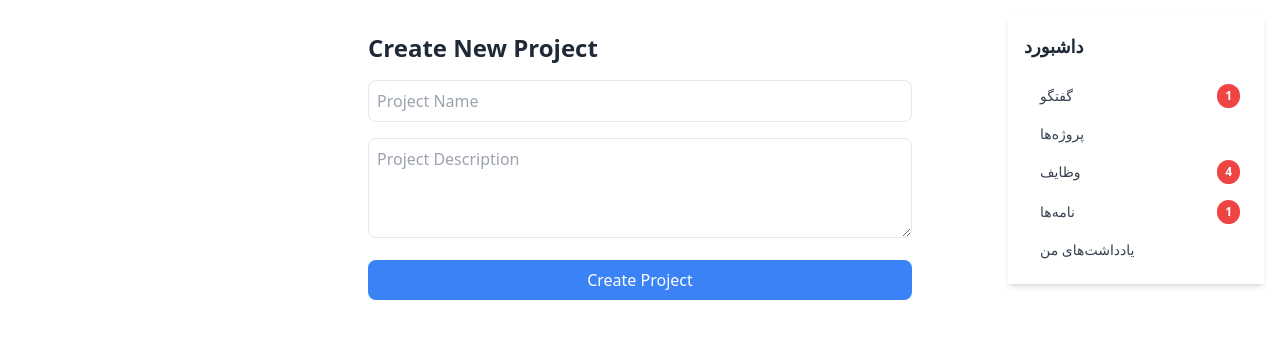
Repository: spnovaa/work-hive
Page: /projects/new (app in front_end/)
These files come from the project's save history. The page is drawn as it stood at one moment and after the next save; the edit follows.
The browser window is 1280 px wide. The pictures show the whole page.
The page's requests for data from a server got no answer. The project was rebuilt for these pictures with package versions that can differ from the ones it lists, and the page was loaded fresh each time. No one was signed in, and anything a server would have sent is missing. Also part of the build but not shown: front_end/src/api/auth.js, front_end/src/pages/login.jsx, front_end/src/pages/registration.jsx, front_end/src/components/profile/dropdown.jsx, front_end/src/components/profile/profileSection.jsx, front_end/src/pages/home.jsx, front_end/src/components/project/projectCardComponent.jsx, front_end/src/components/loadingSpinner.jsx and 2 more.

Above is the page before, as saved 2025-01-16 22:22:44.

### front_end/src/index.js
import React from 'react';
import ReactDOM from 'react-dom/client'; // Import from 'react-dom/client' for React 18+
import './styles/globals.css';
import App from './App';

// Create a root element for rendering the React application
const root = ReactDOM.createRoot(document.getElementById('root'));

// Use the new `render` method for React 18+
root.render(
  <React.StrictMode>
    <App />
  </React.StrictMode>
);

### front_end/src/App.jsx
import React from 'react';
import { BrowserRouter as Router, Routes, Route } from 'react-router-dom';
import Login from './pages/login';
import Registration from './pages/registration';
import Home from './pages/home';
import ProjectsDashboard from './components/project/projectDashboard.jsx';
import ProjectDetails from './components/project/projectDetails.jsx';
import NewProject from './components/project/newProject.jsx';
import DashboardSidebar from './components/dashboardSidebar';
// Updated App.jsx
function App() {
  return (
    <Router>
      <Routes>
        {/* Public Routes (No Sidebar) */}
        <Route path="/login" element={<Login />} />
        <Route path="/register" element={<Registration />} />

        {/* Routes with Sidebar */}
        <Route
          path="*"
          element={
            <div className="flex h-screen">
              <div className="absolute top-4 right-4 w-64 bg-gray-100">
                <DashboardSidebar />
              </div>
              <div className="flex-grow p-4">
                <Routes>
                  <Route path="/" element={<Home />} />
                  <Route path="/projects" element={<ProjectsDashboard />} />
                  <Route path="/projects/new" element={<NewProject />} />
                  <Route path="/projects/:projectId" element={<ProjectDetails />} />
                </Routes>
              </div>
            </div>
          }
        />
      </Routes>
    </Router>
  );
}
export default App;

### front_end/src/components/project/newProject.jsx
import React, { useState } from 'react';
import { useNavigate } from 'react-router-dom';

function NewProject() {
    const navigate = useNavigate();
    const [name, setName] = useState('');
    const [description, setDescription] = useState('');
    const [loading, setLoading] = useState(false);
    const [error, setError] = useState(null);

    const handleSubmit = async (e) => {
        e.preventDefault();
        setLoading(true);
        try {
            const response = await fetch('/api/projects', {
                method: 'POST',
                headers: { 'Content-Type': 'application/json' },
                body: JSON.stringify({ name, description })
            });
            if (!response.ok) {
                throw new Error('Failed to create project');
            }
            navigate('/projects');
        } catch (error) {
            setError(error.message);
        } finally {
            setLoading(false);
        }
    };

    return (
        <form onSubmit={handleSubmit} className="max-w-xl mx-auto p-4 space-y-4">
            <h1 className="text-2xl font-bold text-gray-800">Create New Project</h1>
            <input
                type="text"
                placeholder="Project Name"
                value={name}
                onChange={(e) => setName(e.target.value)}
                required
                className="w-full p-2 border rounded-lg"
            />
            <textarea
                placeholder="Project Description"
                value={description}
                onChange={(e) => setDescription(e.target.value)}
                required
                className="w-full p-2 border rounded-lg min-h-[100px]"
            ></textarea>
            <button
                type="submit"
                disabled={loading}
                className={`w-full p-2 bg-blue-500 text-white rounded-lg ${loading ? 'opacity-50' : 'hover:bg-blue-600'}`}
            >
                {loading ? 'Creating...' : 'Create Project'}
            </button>
            {error && <div className="text-red-500 mt-2">{error}</div>}
        </form>
    );
}

export default NewProject;

### front_end/src/components/dashboardSidebar.jsx
import React from 'react';
import { useNavigate } from 'react-router-dom';

function SidebarItem({ icon, label, notificationCount, onClick }) {
    return (
        <div
            className="flex items-center justify-between p-2 hover:bg-gray-100 rounded-md cursor-pointer"
            onClick={onClick}
        >
            <div className="flex items-center">
                <span className="text-lg text-gray-700 mr-2">{icon}</span>
                <span className="text-gray-700 text-sm font-medium">{label}</span>
            </div>
            {notificationCount > 0 && (
                <span className="bg-red-500 text-white text-xs font-bold rounded-full px-2 py-1">
                    {notificationCount}
                </span>
            )}
        </div>
    );
}

function DashboardSidebar() {
    const navigate = useNavigate();

    const handleNavigation = (path) => {
        navigate(path);
    };

    return (
        <div className="w-64 bg-white shadow-md p-4">
            <h2 className="text-gray-800 text-lg font-bold mb-4">داشبورد</h2>
            <SidebarItem
                icon={<i className="fas fa-comments" />}
                label="گفتگو"
                notificationCount={1}
                onClick={() => handleNavigation('/conversations')}
            />
            <SidebarItem
                icon={<i className="fas fa-folder-open" />}
                label="پروژه‌ها"
                notificationCount={0}
                onClick={() => handleNavigation('/projects')}
            />
            <SidebarItem
                icon={<i className="fas fa-tasks" />}
                label="وظایف"
                notificationCount={4}
                onClick={() => handleNavigation('/tasks')}
            />
            <SidebarItem
                icon={<i className="fas fa-envelope" />}
                label="نامه‌ها"
                notificationCount={1}
                onClick={() => handleNavigation('/letters')}
            />
            <SidebarItem
                icon={<i className="fas fa-sticky-note" />}
                label="یادداشت‌های من"
                notificationCount={0}
                onClick={() => handleNavigation('/notes')}
            />
        </div>
    );
}

export default DashboardSidebar;

Loaded but not shown: front_end/public/index.html (common file); front_end/src/styles/globals.css (common file); front_end/tailwind.config.js (common file)

After the next save:
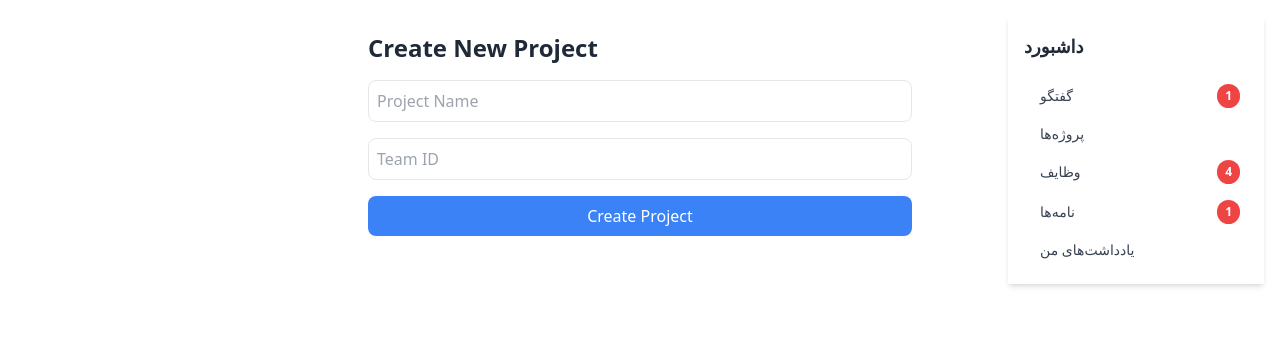
Saved 6 min 14 s later.
--- a/front_end/src/components/project/newProject.jsx
+++ b/front_end/src/components/project/newProject.jsx
@@ -1,28 +1,31 @@
-import React, { useState } from 'react';
+import { useState } from 'react';
 import { useNavigate } from 'react-router-dom';
+import axios from 'axios';
 
 function NewProject() {
     const navigate = useNavigate();
     const [name, setName] = useState('');
-    const [description, setDescription] = useState('');
+    const [teamId, setTeamId] = useState('');
     const [loading, setLoading] = useState(false);
     const [error, setError] = useState(null);
 
     const handleSubmit = async (e) => {
         e.preventDefault();
         setLoading(true);
+        setError(null); // Reset error state
+
         try {
-            const response = await fetch('/api/projects', {
-                method: 'POST',
-                headers: { 'Content-Type': 'application/json' },
-                body: JSON.stringify({ name, description })
-            });
-            if (!response.ok) {
-                throw new Error('Failed to create project');
+            const response = await axios.post('/api/projects', { name, teamId });
+            if (response.status === 201) {
+                navigate('/projects'); // Navigate to the projects page on success
             }
-            navigate('/projects');
         } catch (error) {
-            setError(error.message);
+            // Check for validation or server errors
+            if (error.response && error.response.data.error) {
+                setError(Object.values(error.response.data.error).flat().join(', '));
+            } else {
+                setError(error.message || 'An unexpected error occurred');
+            }
         } finally {
             setLoading(false);
         }
@@ -39,13 +42,14 @@ function NewProject() {
                 required
                 className="w-full p-2 border rounded-lg"
             />
-            <textarea
-                placeholder="Project Description"
-                value={description}
-                onChange={(e) => setDescription(e.target.value)}
+            <input
+                type="number"
+                placeholder="Team ID"
+                value={teamId}
+                onChange={(e) => setTeamId(e.target.value)}
                 required
-                className="w-full p-2 border rounded-lg min-h-[100px]"
-            ></textarea>
+                className="w-full p-2 border rounded-lg"
+            />
             <button
                 type="submit"
                 disabled={loading}
